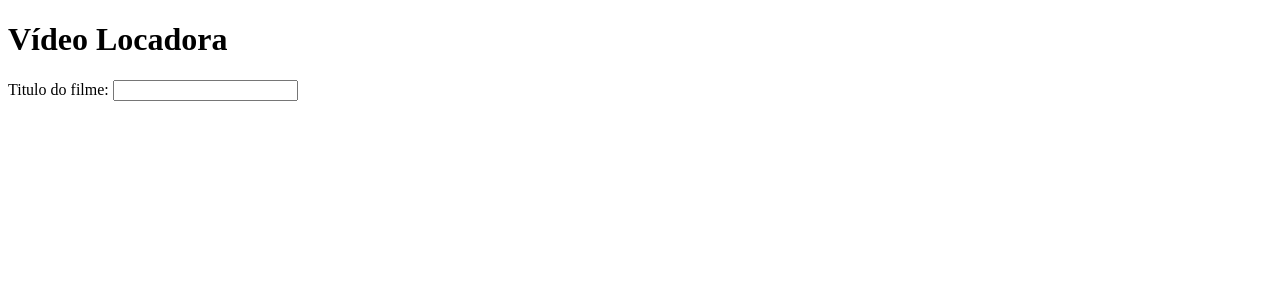
Repository: JhonMercedes/Javascript-book
Page: cap2/ex2_2.html
An editor plug-in stored every save of this project. The page is shown before and after the next save, followed by the edit.
The browser window is 1280 px wide. The pictures show the whole page.

Above is the page before, as saved 2021-12-02 18:36:31.

After the next save:
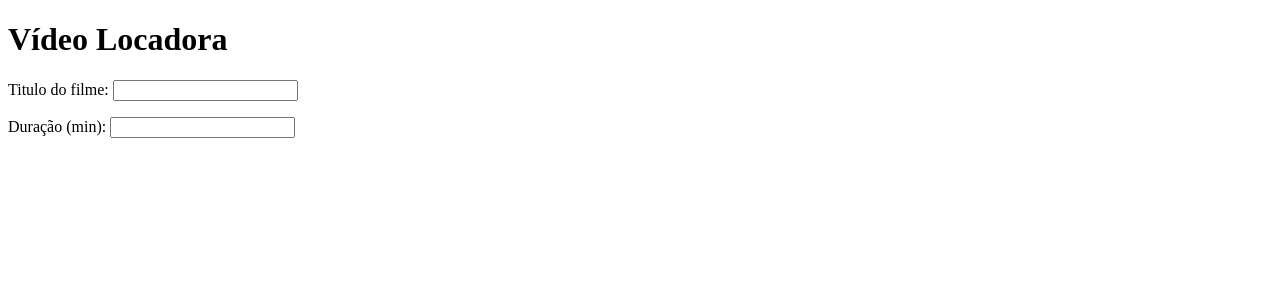
Saved 54 s later.
--- a/cap2/ex2_2.html
+++ b/cap2/ex2_2.html
@@ -11,5 +11,8 @@
     <p>Titulo do filme:
         <input type="text" id="nome">
     </p>
+    <p>Duração (min):
+        <input type="number" id="minutos">
+    </p>
 </body>
 </html>
